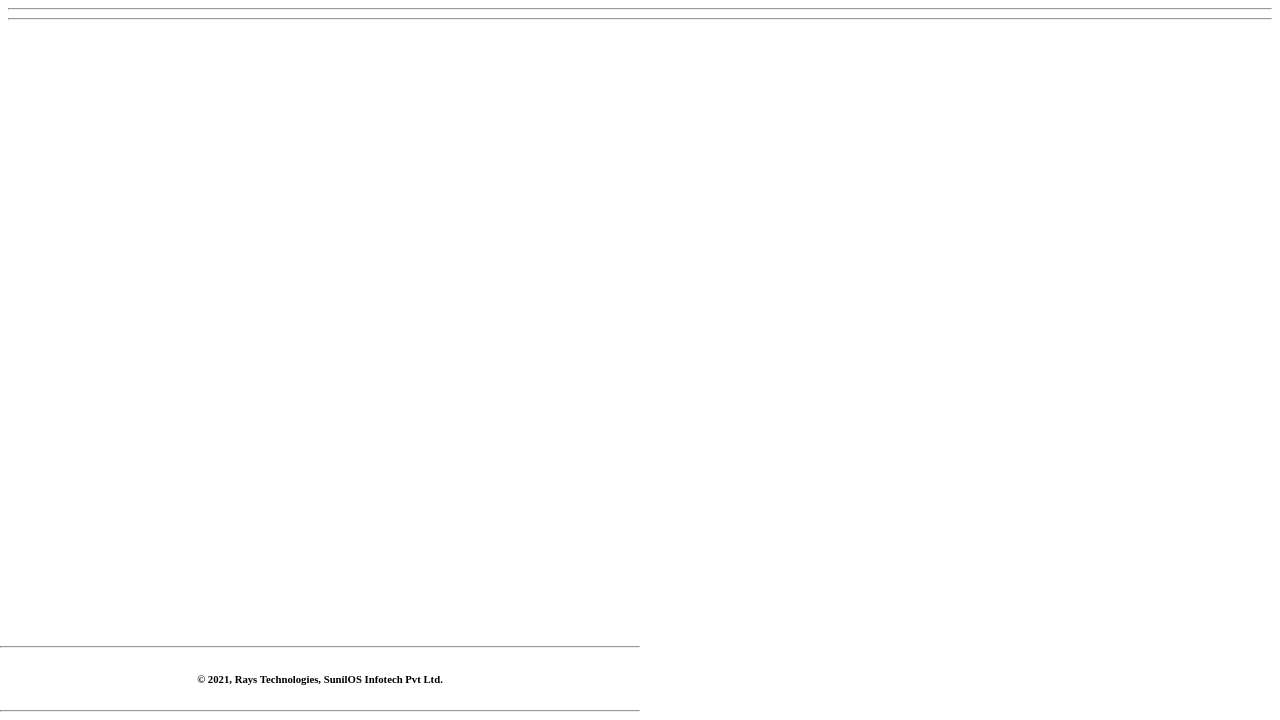
Repository: sachinmandloi1921/AdvanceJava
Page: http://localhost/Advance_Maven/footer.jsp
An editor plug-in stored every save of this project. The page is shown before and after the next save, followed by the edit.
The browser window is 1280 px wide. The pictures show the whole page.
The page is served by Tomcat 9.

Above is the page before, as saved 2022-07-14 10:55:04.

After the next save:
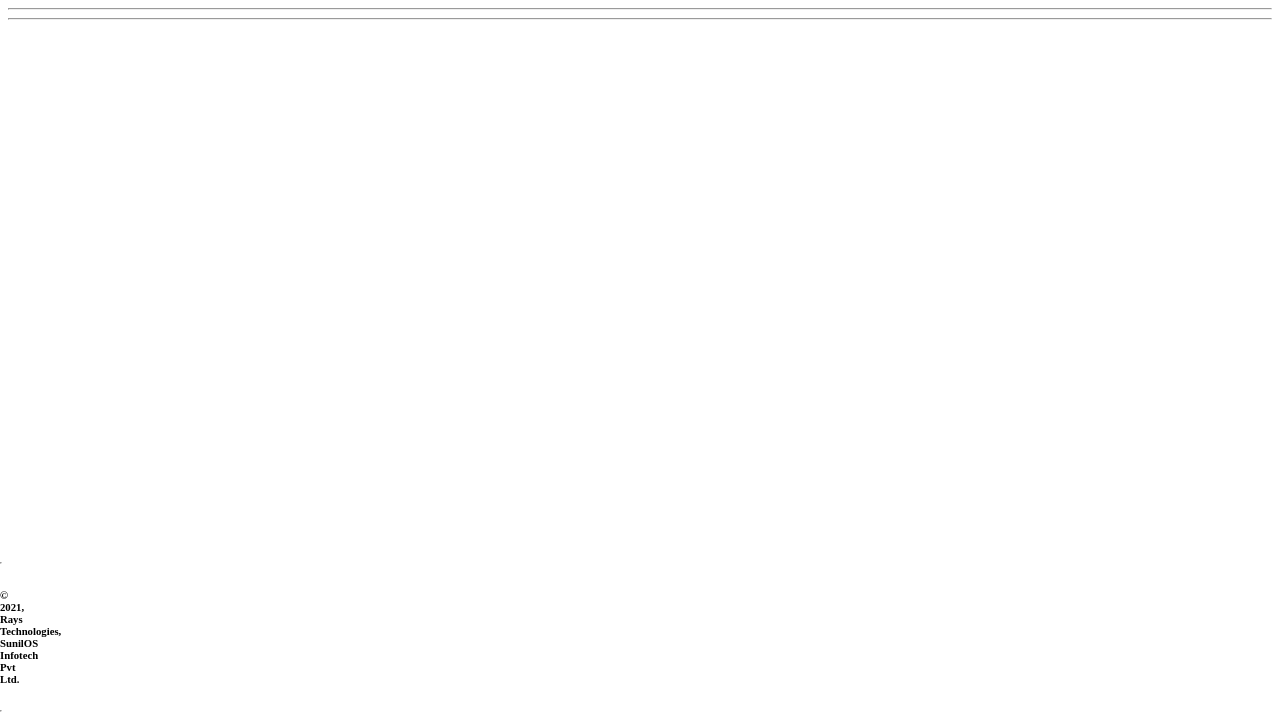
Saved 20 s later.
--- a/Advance Workspace/Advance_Maven/src/main/webapp/footer.jsp
+++ b/Advance Workspace/Advance_Maven/src/main/webapp/footer.jsp
@@ -10,7 +10,7 @@
 	position: fixed;
 	left: 0;
 	bottom: 0;
-	width: 50%;
+	width: 0;
 	background-color: white;
 	color: black;
 	text-align: center;
